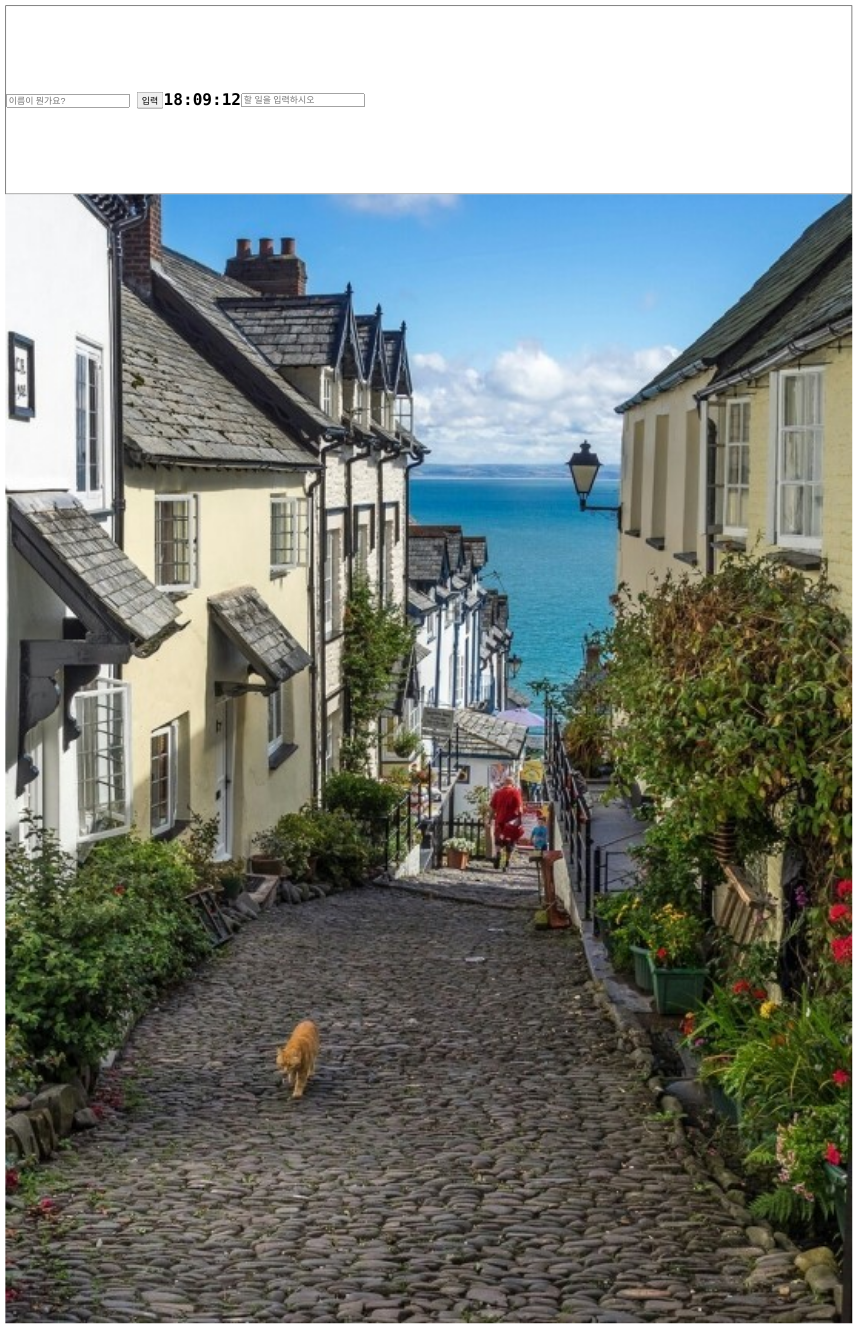
Repository: jun01270/F-E-practice
Page: index.html
These files come from the project's save history. The page is drawn as it stood at one moment and after the next save; the edit follows.
The browser window is 1280 px wide. The pictures show the whole page, at 67% of full size.

Above is the page before, as saved 2023-01-09 18:18:19.
Console error: TypeError: Cannot read properties of null (reading 'addEventListener')

### index.html
<!DOCTYPE html>
<html lang="en">
  <head>
    <meta charset="UTF-8" />
    <meta http-equiv="X-UA-Compatible" content="IE=edge" />
    <meta name="viewport" content="width=device-width, initial-scale=1.0" />
    <link rel="stylesheet" href="/css/style.css" />
    <title>Document</title>
  </head>
  <body>
    <div id="wrapper">
      <form id="userName-form" class="hidden">
        <input required type="text" placeholder="이름이 뭔가요?" />
        <input type="submit" value="입력" />
      </form>
      <br />
      <h2 id="clock">00:00:00</h2>
      <form id="todo-form">
        <input type="text" placeholder="할 일을 입력하시오" />
      </form>
      <ul id="todo-list"></ul>
      <div id="quote">
        <span></span>
        <span></span>
      </div>
    </div>
    <script src="/js/greeting.js"></script>
    <script src="/js/clock.js"></script>
    <script src="/js/quotes.js"></script>
    <script src="/js/background.js"></script>
    <script src="js/todo.js"></script>
    <script src="/js/weather.js"></script>
  </body>
</html>

### css/style.css
.hidden {
  display: none;
}

#background {
  width: 100%;
  height: 100%;
}

/* #clock {
  display: flex;
  justify-content: center;
  align-items: center;
} */

body {
  box-sizing: border-box;
  font-family: Consolas, monospace;
}

#wrapper {
  height: 280px;
  display: flex;
  align-items: center;
  border: 1px solid #444444;
}

### js/greeting.js
const userNameBtn = document.querySelector("#userName-form submit");
const userName = document.querySelector("#userName-form input");
const loginForm = document.querySelector("#userName-form");
const firstH1 = document.getElementById("result");
const SavedUserName = localStorage.getItem("username");
const HIDDEN_CLASSNAME = "hidden";
const toStart = document.querySelector("button.boom");

function loginResult(e) {
  e.preventDefault();
  loginForm.classList.add(HIDDEN_CLASSNAME);
  const userName1 = userName.value;
  localStorage.setItem("username", userName1);
  paintUserName();
}

function paintUserName() {
  const userName1 = localStorage.getItem("username");
  firstH1.innerText = `Hello ${userName1}`;
  firstH1.classList.remove(HIDDEN_CLASSNAME);
}

if (SavedUserName === null) {
  loginForm.classList.remove(HIDDEN_CLASSNAME);
  loginForm.addEventListener("submit", loginResult);
} else {
  paintUserName();
}

function deleteUserName() {
  localStorage.removeItem("username");
  location.reload();
}

toStart.addEventListener("click", deleteUserName);
console.log(toStart.className);

### js/clock.js
const clock = document.querySelector("h2#clock");

function getClock() {
  const date = new Date();
  let Hours = String(date.getHours()).padStart(2, "0");
  let Minutes = String(date.getMinutes()).padStart(2, "0");
  let Seconds = String(date.getSeconds()).padStart(2, "0");
  console.log(`${date.getHours()}:${date.getMinutes()}:${date.getSeconds()}`);
  clock.innerText = `${Hours}:${Minutes}:${Seconds}`;
}

getClock();
setInterval(getClock, 1000);

### js/quotes.js
const quotes = [
  {
    quote: "삶이 있는 한 희망은 있다",
    author: "-키케로",
  },
  {
    quote: "산다는것 그것은 치열한 전투이다.",
    author: "-로망로랑",
  },
  {
    quote: "하루에 3시간을 걸으면 7년 후에 지구를 한바퀴 돌 수 있다. ",
    author: "-사무엘존슨",
  },
  {
    quote: "언제나 현재에 집중할수 있다면 행복할것이다. ",
    author: "-파울로 코엘료",
  },
  {
    quote:
      "진정으로 웃으려면 고통을 참아야하며 , 나아가 고통을 즐길 줄 알아야 해 ",
    author: "-찰리 채플린",
  },
  {
    quote: "직업에서 행복을 찾아라. 아니면 행복이 무엇인지 절대 모를 것이다 ",
    author: "-엘버트 허버드",
  },
  {
    quote: "신은 용기있는자를 결코 버리지 않는다 ",
    author: "-켄러",
  },
  {
    quote:
      "행복의 문이 하나 닫히면 다른 문이 열린다 그러나 우리는 종종 닫힌 문을 멍하니 바라보다가 우리를 향해 열린 문을 보지 못하게 된다 ",
    author: "–헬렌켈러",
  },
  {
    quote: "피할수 없으면 즐겨라 ",
    author: "–로버트 엘리엇",
  },
];
const quoteCount = quotes.length;
const quote = document.querySelector("#quote span:first-child");
const author = document.querySelector("#quote span:last-child");
const todaysQuote = quotes[Math.floor(Math.random() * quoteCount)];

function showQuote() {
  console.log(quotes[Math.floor(Math.random() * quoteCount)]);
  quote.innerText = todaysQuote.quote;
  author.innerText = todaysQuote.author;
}

// setInterval(showQuote, 1000);

### js/background.js
const images = ["flower.jpg", "street.jpg", "tree.jpg"];
const chosenImage = images[Math.floor(Math.random() * images.length)];
const bgImage = document.createElement("img");
bgImage.id = "background";
console.log(bgImage.id);

bgImage.src = `img/${chosenImage}`;

document.body.appendChild(bgImage);

### js/todo.js
const toDoForm = document.getElementById("todo-form");
const toDoInput = document.querySelector("#todo-form input");
const toDoLi = document.querySelector("#todo-list li");
const toDoList = document.getElementById("todo-list");
const TODOS_KEY = "todos";
let toDos = [];

function saveToDoLists() {
  localStorage.setItem(TODOS_KEY, JSON.stringify(toDos));
}

function deleteToDo(e) {
  const todoLi = e.target.parentNode;
  todoLi.remove();
  const cleanToDos = toDos.filter((toDo) => toDo.id !== todoLi.id);
  toDos = cleanToDos;
  saveToDoLists();
}

function paintToDo(newToDoObj) {
  const listOfToDo = document.createElement("li");
  listOfToDo.id = newToDoObj.Id;
  const span = document.createElement("span");
  span.innerText = newToDoObj.text;
  const deleteButton = document.createElement("button");
  deleteButton.innerText = "X";
  deleteButton.addEventListener("click", deleteToDo);
  listOfToDo.appendChild(span);
  listOfToDo.appendChild(deleteButton);
  toDoList.appendChild(listOfToDo);
}

function handleToDoSubmit(e) {
  e.preventDefault();
  const newToDo = toDoInput.value;
  toDoInput.value = "";
  const newToDoObj = {
    text: newToDo,
    id: toDos.length + 1,
  };
  toDos.push(newToDoObj);
  paintToDo(newToDoObj);
  saveToDoLists();
}

toDoForm.addEventListener("submit", handleToDoSubmit);

const getToDo = localStorage.getItem(TODOS_KEY);
if (getToDo !== null) {
  const parseToDo = JSON.parse(getToDo);
  toDos = parseToDo;
  parseToDo.forEach(paintToDo);
}

### js/weather.js
const API_KEY = "fbf7375beaa21a73574692bdaef4a2e7";

function onGeoSuc(position) {
  const lat = position.coords.latitude;
  const lon = position.coords.longitude;
  console.log("Your position is", lat, lon);
  const url = `https://api.openweathermap.org/geo/1.0/reverse?lat=${lat}&lon=${lon}&limit={limit}&appid=${API_KEY}`;
  console.log(url);
}

function onGeoErr() {
  alert("위치를 찾을 수 없습니다.");
}
navigator.geolocation.getCurrentPosition(onGeoSuc, onGeoErr);

After the next save:
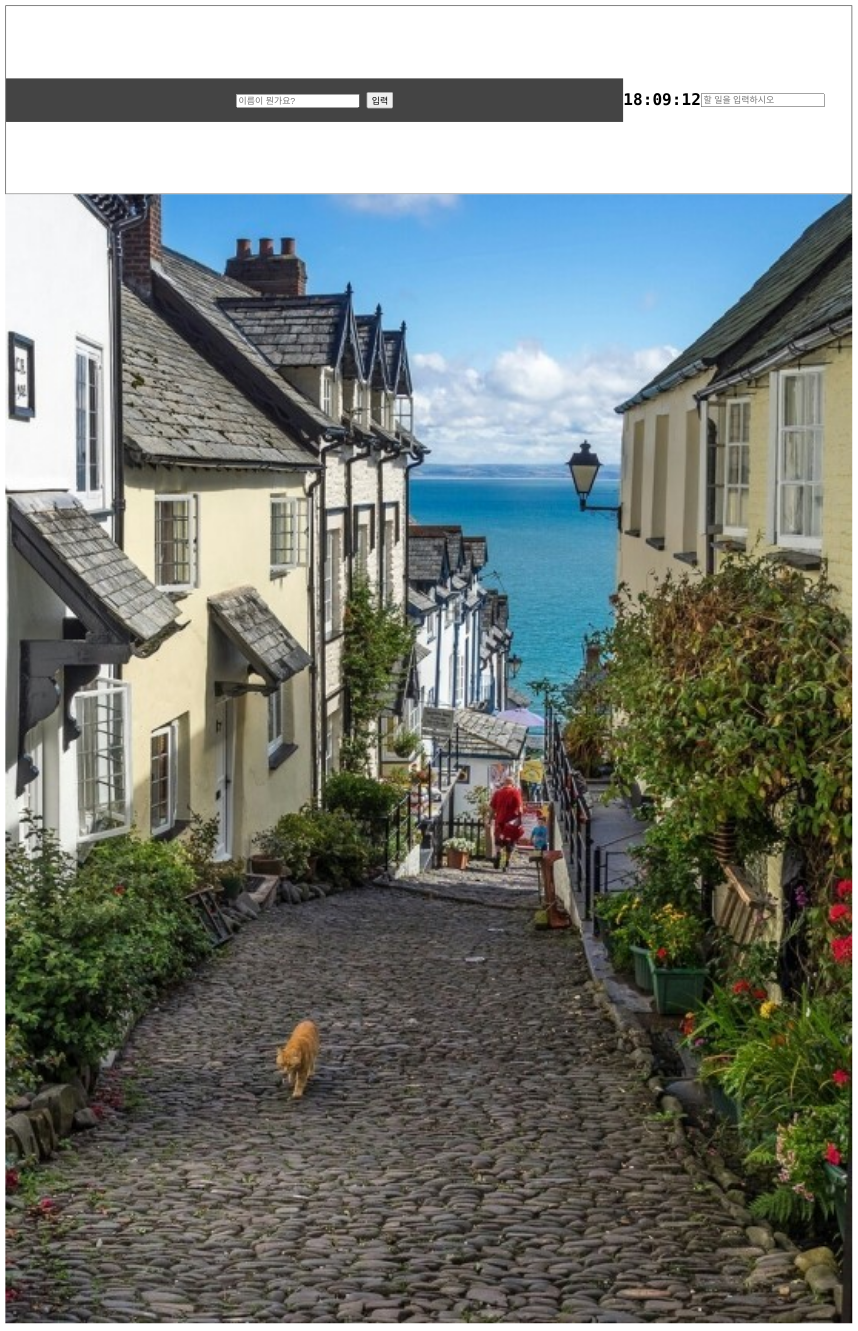
Saved 43 s later.
--- a/css/style.css
+++ b/css/style.css
@@ -24,3 +24,11 @@ body {
   align-items: center;
   border: 1px solid #444444;
 }
+
+#userName-form {
+  width: 100%;
+  padding: 20px 0px;
+  background-color: #444444;
+  text-align: center;
+  color: #ffffff;
+}
